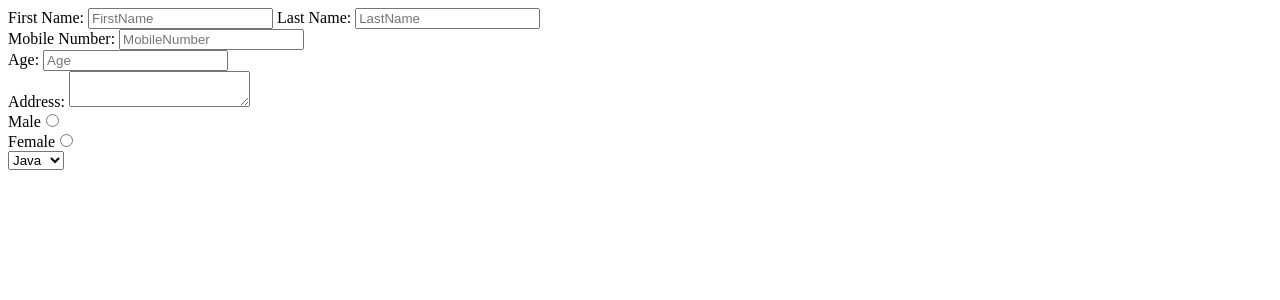
Repository: Ganesh281996/Ganesh
Page: BasicHtml/WebContent/Login.html
These files come from the project's save history. The page is drawn as it stood at one moment and after the next save; the edit follows.
The browser window is 1280 px wide. The pictures show the whole page.

Above is the page before, as saved 2018-03-27 12:01:27.

After the next save:
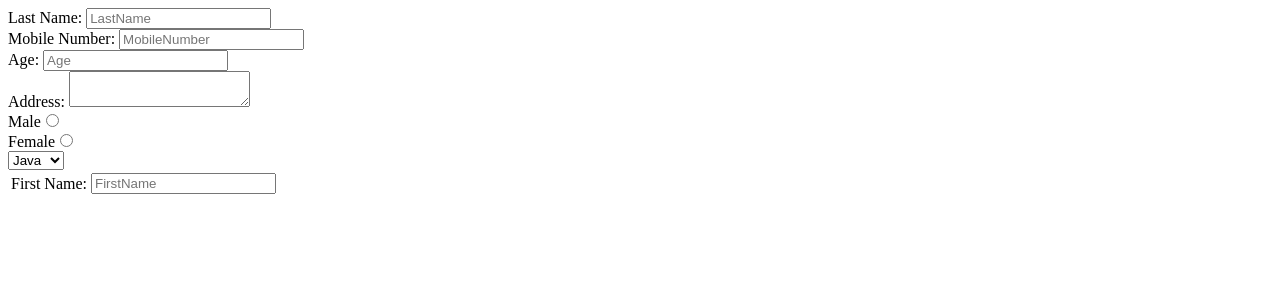
Saved 40 s later.
--- a/BasicHtml/WebContent/Login.html
+++ b/BasicHtml/WebContent/Login.html
@@ -8,7 +8,9 @@
 <form action="">
 <table>
 
-<tr>First Name:	<input  id="FirstName" placeholder="FirstName"></tr>
+<tr>
+<td>First Name:	</td><td> <input  id="FirstName" placeholder="FirstName"></td>
+ </tr>
 Last Name: <input id="LastName" placeholder="LastName"><br>
 Mobile Number: <input id="Mobile" placeholder="MobileNumber"><br>
 Age: <input id="Age" placeholder="Age"><br>
